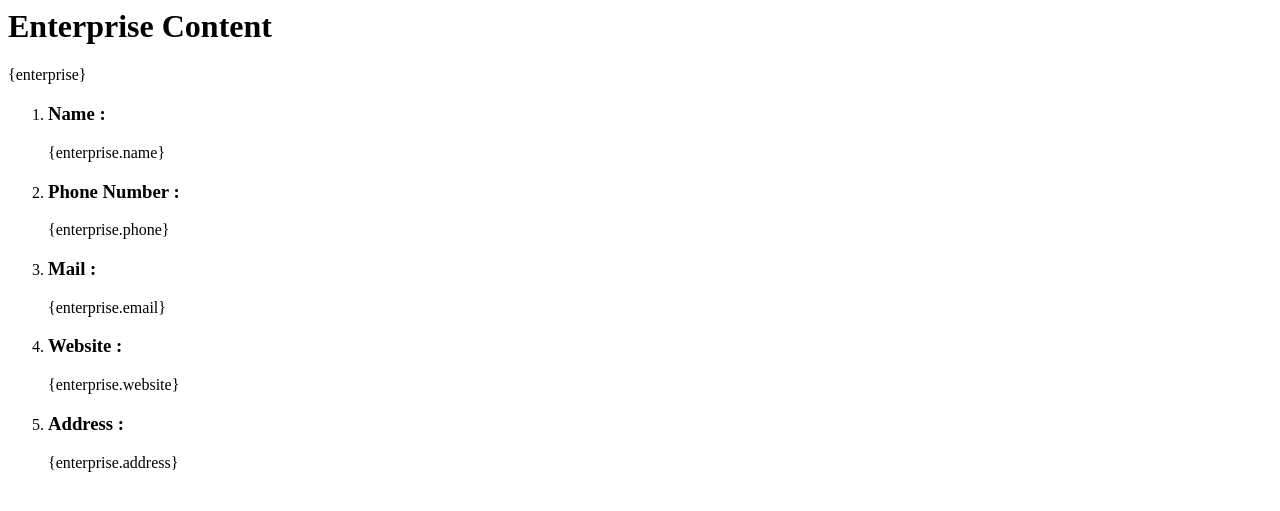
Repository: afif-dhaw/extension-builder
Page: extensions/formation/Resources/Private/Templates/Content/Enterprise.html
The author's editor kept a copy of each file at every save. The page is drawn from the files as they stood at one save, then again after the next save.
The browser window is 1280 px wide. The pictures show the whole page.

Above is the page before, as saved 2023-03-27 13:55:15.

After the next save:
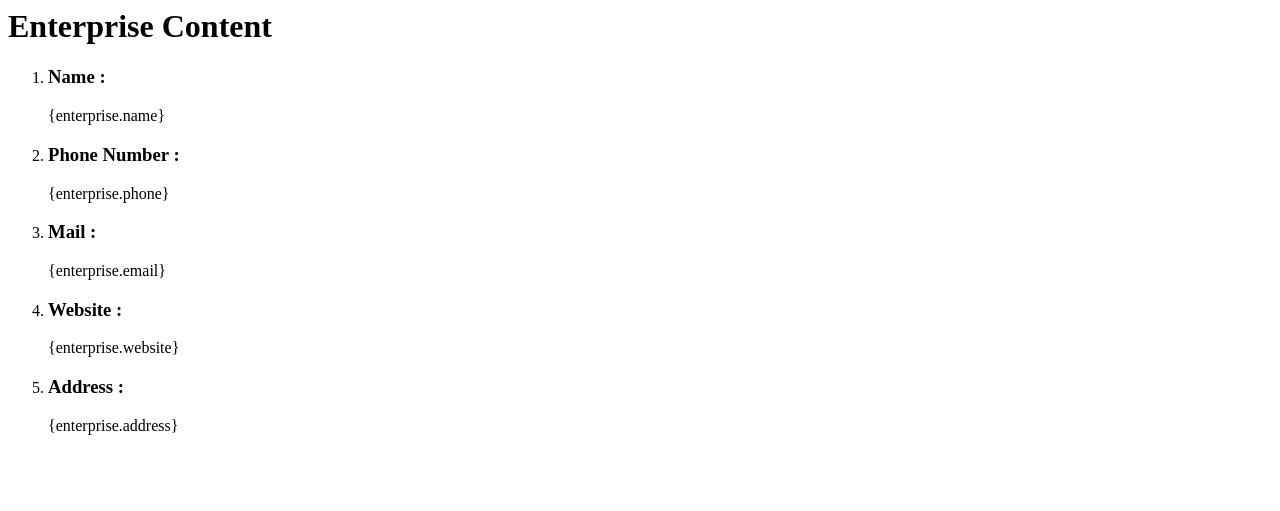
Saved 6 s later.
--- a/extensions/formation/Resources/Private/Templates/Content/Enterprise.html
+++ b/extensions/formation/Resources/Private/Templates/Content/Enterprise.html
@@ -17,7 +17,6 @@
 <f:section name="Main">
 
   <f:variable name="enterprise" value="{p:enterprise(enterpriseId: enterpriseId)}"></f:variable>
-  <f:debug>{enterprise}</f:debug>
   <div class="container-vhs">
     <f:if condition="{enterprise}">
       <ol>
